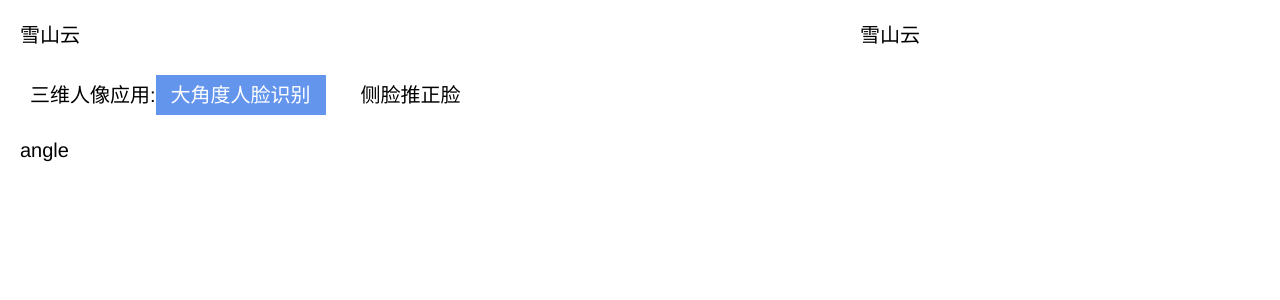
Repository: fyt2020/pubilcDemlo
Page: /
An editor plug-in stored every save of this project. The page is shown before and after the next save, followed by the edit.
The browser window is 1280 px wide. The pictures show the whole page.
The project was rebuilt for these pictures with package versions that can differ from the ones it lists, and the page was loaded fresh each time.

Above is the page before, as saved 2020-04-27 12:18:59.

### index.html
<!DOCTYPE html>
<html>
  <head>
    <meta charset="utf-8">
    <meta name="viewport" content="width=device-width,initial-scale=1.0">
    <title>pubilcdemo</title>
    <script src="./static/config.js"></script>
    <script src="./static/main.js"></script>
  </head>
  <body>
    <div id="app"></div>
    <!-- built files will be auto injected -->
  </body>
</html>

### src/main.js
// The Vue build version to load with the `import` command
// (runtime-only or standalone) has been set in webpack.base.conf with an alias.
import Vue from 'vue'
import App from './App'
import router from './router'
import '@/assets/css/reset.css'
import axios from '@/plugins/axios';

Vue.config.productionTip = false
Vue.prototype.$http = axios;
/* eslint-disable no-new */
new Vue({
  el: '#app',
  router,
  components: { App },
  template: '<App/>'
})

### src/router/index.js
import Vue from 'vue'
import Router from 'vue-router'
import Home from '@/pages/Home'

Vue.use(Router)

export default new Router({
  linkExactActiveClass: "exactActive",
  linkActivesClass: "active",
  routes: [
    {
      path: '/',
      name: 'home',
      component: Home,
      meta:{
        needTooken:false
      },
      redirect:'/bigAngle',
      children:[
        {
          path: 'bigAngle',
          name: 'bigAngle',
          component: () => import("@/pages/bigAngle"),
          meta:{
            needTooken:false
          },

        },
        {
          path: 'face',
          name: 'face',
          component: () => import("@/pages/face"),
          meta:{
            needTooken:false
          },

        }

      ]
    }
  ]
})

### src/assets/css/reset.css
@charset "UTF-8";
/**
 * @desc pc端常用reset.css
 * @author archer
 * @date 2018-08-26
 */
html,body,div,p,ul,li,dl,dt,dd,em,i,span,a,img,input,h1,h2,h3,h4,h5,nav,section,footer,header,table,tr,th,td,ul,li{margin:0;padding:0;box-sizing: border-box;}
h1,h2,h3,h4,h5,h6{font-weight:normal}
i,em,b{font-style:normal}
article,aside,details,figcaption,figure,footer,header,menu,nav,section {display: block;}
a,img,input {border:none;}
a {text-decoration:none;}
a:hover, a:active {outline: none;}
ul,li{list-style: none}
button,input,select,textarea{font-size:100%;outline:none}
table{border-collapse:collapse;border-spacing:0}
html, body {width: 100%;height: 100%;}
body{font-family:"Helvetica Neue",Helvetica, Arial,sans-serif; font-size: 14px;line-height:1}

### src/pages/Home.vue
<template>
  <div class="home">
      <div class="header">
           <div class="header__left">
                <img src="" alt="">
                <span>雪山云</span>
           </div>
           <div class="header__right">
                <span>雪山云</span>
           </div>
      </div>
      <div class="navigation">
            <span>三维人像应用:</span>
            <router-link tag="li" :to="{name:'bigAngle'}" class="navigation__item">大角度人脸识别</router-link>
            <router-link tag="li" :to="{name:'face'}" class="navigation__item">侧脸推正脸</router-link>
      </div>

      <div class="content">
         <router-view />
      </div>

  </div>
</template>

<script>
export default {
  data() {
    return {};
  },
  computed: {},
  created() {

  },
  mounted() {

  },
  methods: {

  },
  components: {}
};
</script>

<style lang="scss" scoped>
@import "@/assets/css/home.scss";
</style>

### src/pages/bigAngle.vue
<template>
    <div>
        angle
    </div>
</template>

<script>
export default {
    props: {

    },
    data() {
        return {

        };
    },
    computed: {

    },
    created() {

    },
    mounted() {

    },
    watch: {

    },
    methods: {

    },
    components: {

    },
};
</script>

<style scoped lang="scss">

</style>

### src/assets/css/home.scss
.home{
    font-size: 20px;
    width: 100vw;
    height: 100vh;
    .header{

        width: 100%;
        height: 70px;
        display: flex;
        align-items: center;
        justify-content: space-between;
        padding: 0 20px;
        .header__left{
            height: 100%;
            width: 400px;
            display: flex;
            align-items: center;
        }
        .header__right{
            height: 100%;
            width: 400px;
            display: flex;
            align-items: center;
        }
    }
    .navigation{
        width: 100%;
        height: 50px;
        display: flex;
        align-items: center;
        box-sizing: border-box;
        padding: 0 30px;
        &__item{
            height: 40px;
            line-height: 40px;
            box-sizing: border-box;
            padding: 0 15px;
            margin-right: 20px;
        }
        &__item.exactActive{
             display: flex;


             background-color: cornflowerblue;
             color: #fff;
        }
    }
    .content{
        height: calc(100% - 120px);
        width: 100%;
        padding: 20px;
    }
}

### static/config.js
window.BASEURL = {
};

Loaded but not shown: src/App.vue (common file); src/plugins/axios.js (library)

After the next save:
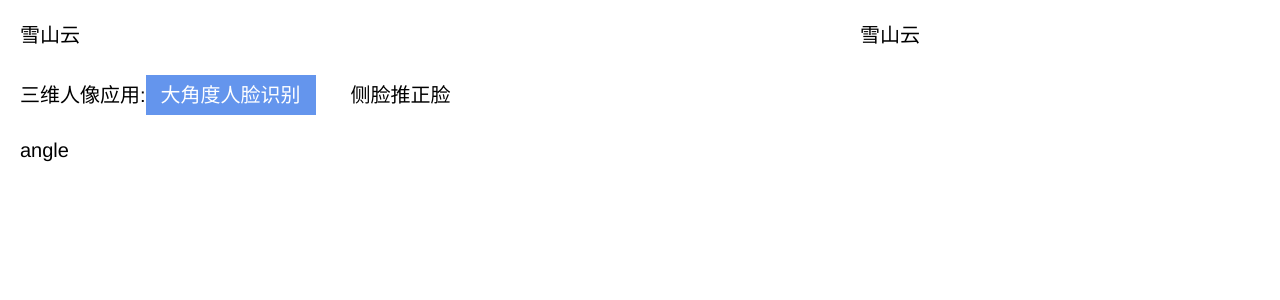
Saved 8 s later.
--- a/src/assets/css/home.scss
+++ b/src/assets/css/home.scss
@@ -29,7 +29,7 @@
         display: flex;
         align-items: center;
         box-sizing: border-box;
-        padding: 0 30px;
+        padding: 0 20px;
         &__item{
             height: 40px;
             line-height: 40px;
